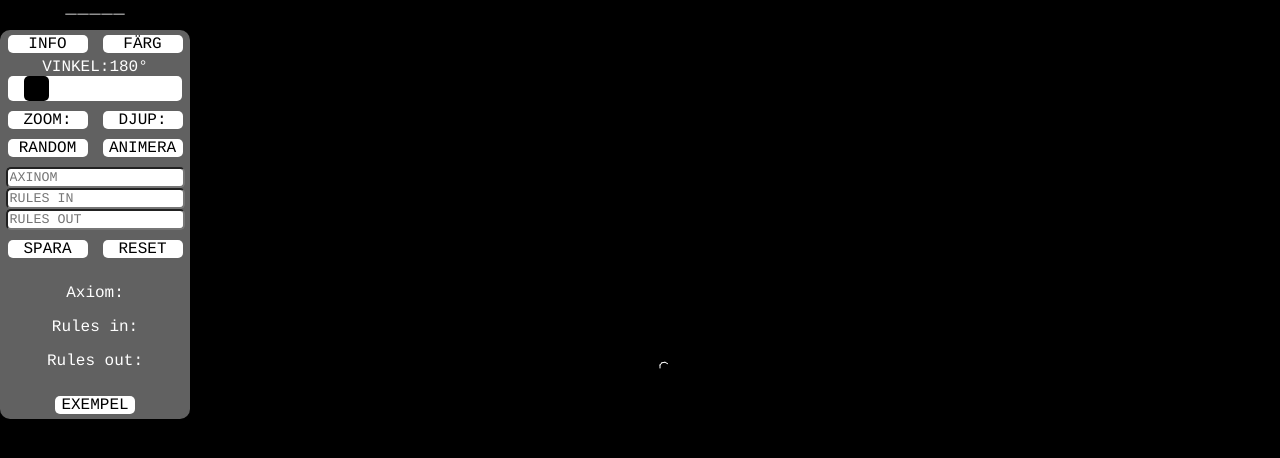
Repository: Gabrielw123/Fraktalgenerator
Page: fraktaler/test/index.html
The author's editor kept a copy of each file at every save. The page is drawn from the files as they stood at one save, then again after the next save.
The browser window is 1280 px wide. The pictures show the whole page.
Some web libraries are served in a nearby version.

Above is the page before, as saved 2022-01-13 13:47:53.

### fraktaler/test/index.html
<!DOCTYPE html>
<html lang="en">
  <head>
    <meta charset="UTF-8" />
    <meta http-equiv="X-UA-Compatible" content="IE=edge" />
    <meta name="viewport" content="width=device-width, initial-scale=1.0" />
    <link rel="stylesheet" href="style.css" />
    <title>Fraktal Generator</title>
    <script src="https://cdn.jsdelivr.net/npm/p5@1.0.0/lib/p5.js"></script>
    <!--fading-->
    <script
      src="http://ajax.googleapis.com/ajax/libs/jquery/1.7.1/jquery.min.js"
      type="text/javascript"
    ></script>
  </head>
  <body>
    <!--Skapa en canvas-->
    <canvas id="canvas"></canvas>

    <div class="kontroller">
      <div
        style="background: black"
        onmousedown="return false"
        onselectstart="return false"
        class="grid-container1"
      >
        <div class="grid-item">
          <a class="knappgöm" id="gömknapp" onClick="action();">⏤⏤⏤⏤⏤</a>
        </div>
      </div>

      <div
        style="border-top-left-radius: 10px; border-top-right-radius: 10px"
        onmousedown="return false"
        onselectstart="return false"
        class="grid-container"
        id="göm1"
      >
        <div class="grid-item">
          <a class="knapp" id="infoknapp">INFO</a>
        </div>
        <div class="grid-item">
          <a class="knapp" id="colorknapp" onclick="color();">FÄRG</a>
        </div>
      </div>
      <!--slider vinkel-->
      <div class="slider-container" id="göm2">
        <a onmousedown="return false" onselectstart="return false"
          >VINKEL:<span id="vinkel-out"></span>&deg;</a
        >
        <input type="range" min="0" max="360" class="slider" id="vinkel" />
      </div>

      <div
        onmousedown="return false"
        onselectstart="return false"
        class="grid-container"
        id="göm3"
      >
        <div class="grid-item">
          <a class="knapp" id="längdknapp">ZOOM:<span id="segment_n"></span></a>
        </div>
        <div class="grid-item">
          <a class="knapp" id="djupknapp"
            >DJUP:<span id="generation-out"></span
          ></a>
        </div>

        <div class="grid-item">
          <a class="knapp" id="randomknapp" onclick="random();">RANDOM</a>
        </div>
        <div class="grid-item">
          <a class="knapp" id="animeraknapp" onclick="animera();">ANIMERA</a>
        </div>
      </div>

      <div class="grid-container1" id="göm4">
        <div class="grid-item">
          <input
            style="font-family: courier"
            class="input"
            type="text"
            placeholder="AXINOM"
            id="axiom"
          />
          <input
            style="font-family: courier"
            class="input"
            type="text"
            placeholder="RULES IN"
            id="rules1"
          />
          <input
            style="font-family: courier"
            class="input"
            type="text"
            placeholder="RULES OUT"
            id="rules2"
          />
        </div>
      </div>
      <div
        onmousedown="return false"
        onselectstart="return false"
        class="grid-container"
        id="göm5"
      >
        <div class="grid-item">
          <a class="knapp" id="btn">SPARA</a>
        </div>
        <div class="grid-item">
          <a class="knapp" id="resetknapp" onclick="reset();">RESET</a>
        </div>
      </div>
      <div
        style="
          border-bottom-left-radius: 10px;
          border-bottom-right-radius: 10px;
        "
        class="grid-container1"
        id="göm6"
      >
        <div class="grid-item">
          <p>Axiom:<span id="axiom-out"></span></p>
          <p>Rules in:<span id="rules1-out"></span></p>
          <p>Rules out:<span id="rules2-out"></span></p>
          <p></p>
        </div>
        <div class="grid-item">
          <a
            onmousedown="return false"
            onselectstart="return false"
            class="knapp"
            id="exempelknapp"
            onclick="example();"
            >EXEMPEL</a
          >
        </div>
      </div>

      <!--EXEMPEL-->

      <div
        style="border-radius: 10px"
        onmousedown="return false"
        onselectstart="return false"
        class="grid-container"
        id="göm7"
      >
        <div class="grid-item">
          <a class="knappex" id="Board">Board</a>
        </div>
        <div class="grid-item">
          <a class="knappex" id="Crystal">Crystal</a>
        </div>
        <div class="grid-item">
          <a class="knappex" id="Dragon Curve">Dragon Curve</a>
        </div>
        <div class="grid-item">
          <a class="knappex" id="Hexagonal Gosper">Hexagonal Gosper</a>
        </div>
        <div class="grid-item">
          <a class="knappex" id="Kochcurve">Koch curve</a>
        </div>
        <div class="grid-item">
          <a class="knappex" id="Krishna Anklets">Krishna Anklets</a>
        </div>
        <div class="grid-item">
          <a class="knappex" id="Lévy curve">Lévy curve</a>
        </div>
        <div class="grid-item">
          <a class="knappex" id="L-System Bushes 1">L-System Bushes 1</a>
        </div>
        <div class="grid-item">
          <a class="knappex" id="L-System Bushes 2">L-System Bushes 2</a>
        </div>
        <div class="grid-item">
          <a class="knappex" id="Peano Curve">Peano Curve</a>
        </div>
        <div class="grid-item">
          <a class="knappex" id="Quadratic Snowflake">Quadratic Snowflake </a>
        </div>
        <div class="grid-item">
          <a class="knappex" id="Rings">Rings</a>
        </div>
        <div class="grid-item">
          <a class="knappex" id="Sierpinski Arrowhead">Sierpinski Arrowhead</a>
        </div>
        <div class="grid-item">
          <a class="knappex" id="Sierpinskisquare">Sierpinski Square</a>
        </div>
        <div class="grid-item">
          <a class="knappex" id="Snowflake">Snowflake</a>
        </div>
        <div class="grid-item">
          <a class="knappex" id="Tiles">Tiles</a>
        </div>
        <div class="grid-item">
          <a class="knappex" id="Triangle">Triangle</a>
        </div>
        <div class="grid-item">
          <a class="knappex" id="Von Koch Snowflake">Von Koch Snowflake</a>
        </div>
      </div>
    </div>
    <!--Script-->
    <script src="bruh.js">
      example();
            fraktal.update();
    </script>
  </body>
</html>

### fraktaler/test/style.css
body {
  font-family: "courier", monospace;
  background-color: black;
  color: white;
  text-align: center;
}

.input {
  width: 90%;
  border-radius: 5px;
  color: black;
  background: white;
}
.input:hover {
  background: black;
  color: white;
}

.kontroller {
  width: 190px;
  height: 180px;
  margin: auto;
  position: fixed;
  top: 0%;
  left: 0%;
  right: 100%;
}
.grid-container {
  background: rgba(97, 97, 97, 1);
  display: grid;
  grid-template-columns: auto auto;
}

.grid-container1 {
  background: rgba(97, 97, 97, 1);
  display: grid;
  grid-template-columns: auto;
}
.grid-item {
  text-align: center;
  margin: auto;
  padding-top: 5px;
  padding-bottom: 5px;
}
.grid-item1 {
  text-align: center;
  margin: auto;
  padding-top: 5px;
  padding-bottom: 5px;
  width: 300px;
}
#axiom-out {
  text-align: left;
}
.slider-container {
  background: rgba(97, 97, 97, 1);
  display: grid;
  grid-template-columns: auto;
  width: 100%;
  margin: auto;
  padding-bottom: 5px;
}
.slider {
  -webkit-appearance: none;
  width: 92%;
  height: 25px;
  background: white;
  outline: none;
  margin: auto;
  -webkit-transition: 1s;
  transition: opacity 0.2s;
  border-radius: 5px;
}

.slider:hover {
  background: black;
  color: white;
}

.slider::-webkit-slider-thumb {
  -webkit-appearance: none;
  appearance: none;
  width: 25px;
  height: 25px;
  background: black;
  cursor: pointer;
  border-radius: 5px;
}

.slider::-moz-range-thumb {
  width: 25px;
  height: 25px;
  background: #ff00ff;
  cursor: pointer;
}

a.knapp {
  display: block;
  background: white;
  color: black;
  width: 80px;
  cursor: pointer;
  border-radius: 5px;
}
a.knapp:hover {
  background: black;
  border-radius: 5px;
  color: white;
}

#canvas {
  position: fixed;
  top: 0px;
  left: 0px;
  z-index: -1;
}

a.knappon {
  display: block;
  width: 80px;
  background: black;
  color: white;
  cursor: pointer;
  border-radius: 5px;
}
a.knappex {
  background: white;
  color: black;
  text-align: center;
  cursor: pointer;
  font-size: 13px;
  width: 85px;
  height: 35px;
  display: table-cell;
  vertical-align: middle;
  border-radius: 5px;
}
a.knappex:hover {
  background: black;
  border-radius: 5px;
  color: white;
}
.span {
  width: 500px;
}
.knappgöm {
  display: block;
  background: black;
  color: white;
  width: 85px;
  height: 20px;
  cursor: pointer;
  font-size: 15px;
  border-radius: 5px;
}
a.knappgöm:hover {
  background: white;
  border-radius: 5px;
  color: black;
}

### fraktaler/test/bruh.js
/*

Den här fraktal generatorn använder sig av Lindenmayer systemet (https://en.wikipedia.org/wiki/L-system)

Källor för lite info
https://codesandbox.io/s/fraktal-generator-forked-g76j8?file=/sketch.js
https://en.wikipedia.org/wiki/L-system#Types_of_L-systems
http://paulbourke.net/fractals/lsys/
https://www.sidefx.com/docs/houdini/nodes/sop/lsystem.html
http://www1.biologie.uni-hamburg.de/b-online/e28_3/lsys.html
https://www.kevs3d.co.uk/dev/lsystems/
https://piratefsh.github.io/p5js-art/public/lsystems/

*/

//INFO button
fetch("README.txt")
  .then((response) => response.text())
  .then((text) => console.log(text));

var info = document.getElementById("infoknapp");
info.onclick = function () {
  confirm("to");
};

//hur snabbt den animerar
var animatespeed = 100;

//lite variablar
let genButton;
let resButton;
let guiText;
color_n = 0;
let generation = 0;
let maxGeneration = 5;
let length;
let angle;
//första load
let axiom = "F+F+F+F";
let rules = [
  {
    in: "F",
    out: "F+F-F-FF+F+F-F",
  },
];

//save button för egna input på fraktaler
const btn = document.getElementById("btn");

btn.addEventListener("click", function () {
  var axiom2 = document.getElementById("axiom").value;
  var rules1 = document.getElementById("rules1").value;
  var rules2 = document.getElementById("rules2").value;
  confirm(
    "Axiom: " + axiom2 + "\nRules in: " + rules1 + "\nRules out: " + rules2
  );
  axiom = axiom2;
  rules = [
    {
      in: rules1,
      out: rules2,
    },
  ];
});

//animera ikonen på hemsidan
var favicon_images = [
    "bilderhem/tmp-0.gif",
    "bilderhem/tmp-1.gif",
    "bilderhem/tmp-2.gif",
    "bilderhem/tmp-3.gif",
    "bilderhem/tmp-4.gif",
    "bilderhem/tmp-5.gif",
  ],
  image_counter = 0;

setInterval(function () {
  if (document.querySelector("link[rel='icon']") !== null)
    document.querySelector("link[rel='icon']").remove();
  if (document.querySelector("link[rel='shortcut icon']") !== null)
    document.querySelector("link[rel='shortcut icon']").remove();
  document
    .querySelector("head")
    .insertAdjacentHTML(
      "beforeend",
      '<link rel="icon" href="' +
        favicon_images[image_counter] +
        '" type="image/gif">'
    );
  if (image_counter == favicon_images.length - 1) image_counter = 0;
  else image_counter++;
}, 200);

//göm UI
var hidden = false;
function action() {
  hidden = !hidden;
  if (hidden) {
    document.getElementById("göm1").style.visibility = "hidden";
    document.getElementById("göm2").style.visibility = "hidden";
    document.getElementById("göm3").style.visibility = "hidden";
    document.getElementById("göm4").style.visibility = "hidden";
    document.getElementById("göm5").style.visibility = "hidden";
    document.getElementById("göm6").style.visibility = "hidden";
    if (document.getElementById("göm7").style.visibility === "visible") {
      document.getElementById("göm7").style.visibility = "hidden";
    }
  } else {
    document.getElementById("göm1").style.visibility = "visible";
    document.getElementById("göm2").style.visibility = "visible";
    document.getElementById("göm3").style.visibility = "visible";
    document.getElementById("göm4").style.visibility = "visible";
    document.getElementById("göm5").style.visibility = "visible";
    document.getElementById("göm6").style.visibility = "visible";
    document.getElementById("göm7").style.visibility = "visible";
  }
}
//göm från början
document.getElementById("göm7").style.visibility = "hidden";
var hidden1 = true;
function example() {
  hidden1 = !hidden1;
  if (hidden1) {
    document.getElementById("göm7").style.visibility = "hidden";
  } else {
    document.getElementById("göm7").style.visibility = "visible";
  }
}

let sentence = axiom;

//start funktion
function setup() {
  createCanvas(windowWidth - 40, windowHeight - 25);
  angle = radians(vinkel.value);
  length = segment_n * 3;
  turtle();
  drawGUI();
}

//color problem
var r = 255,
  g = 0,
  b = 0;

setInterval(function () {
  if (r > 0 && b == 0) {
    r--;
    g++;
  }
  if (g > 0 && r == 0) {
    g--;
    b++;
  }
  if (b > 0 && g == 0) {
    r++;
    b--;
  }
  $("#color").text("rgb(" + r + "," + g + "," + b + ")");
  $("#color").css("color", "rgb(" + r + "," + g + "," + b + ")");
  turtle();
  console.log("df");
}, 10);

function generate() {
  length = segment_n * 3;

  let nextSentence = "";

  for (let i = 0; i < sentence.length; i++) {
    let found = false;
    let currentChar = sentence.charAt(i);

    for (let j = 0; j < rules.length; j++) {
      if (currentChar === rules[j].in) {
        found = true;
        nextSentence += rules[j].out;
        break;
      }
    }
    if (!found) {
      nextSentence += currentChar;
    }
  }
  sentence = nextSentence;
  turtle();
}
function turtle() {
  resetMatrix();
  background(0);
  //color
  if (color_n === 0) {
    stroke(255); //white
  }
  if (color_n === 1) {
    stroke(0, 0, 255); //blue
  }
  if (color_n === 2) {
    stroke(0, 128, 0); //green
  }
  if (color_n === 3) {
    stroke(255, 0, 0); //red
  }
  if (color_n === 4) {
    stroke(255, 165, 0); //orange
  }
  if (color_n === 5) {
    stroke(r, g, b); //rgb flera färger
  }
  translate(window.innerWidth / 2, window.innerHeight / 2);

  for (let i = 0; i <= sentence.length; i++) {
    let currentChar = sentence.charAt(i);

    if (currentChar === "F") {
      line(0, 0, 0, -length);
      translate(0, -length);
    } else if (currentChar === "+") {
      rotate(angle);
    } else if (currentChar === "-") {
      rotate(-angle);
    } else if (currentChar === "[") {
      push();
    } else if (currentChar === "]") {
      pop();
    }
  }
}

var djupknapp = document.getElementById("djupknapp");
djupknapp.onclick = function () {
  if (generation < maxGeneration) {
    generate();
  }
  generation++;
  if (generation > 5) {
    generation = 1;
    sentence = axiom;
    generate();
  }
  var generationout = document.getElementById("generation-out");
  generationout.innerHTML = generation;
  var axiomout = document.getElementById("axiom-out");
  axiomout.innerHTML = axiom;
  var rules1out = document.getElementById("rules1-out");
  rules1out.innerHTML = rules[0].in;
  var rules2out = document.getElementById("rules2-out");
  rules2out.innerHTML = rules[0].out;
};

//skriver ut värden och saker på skärmer för användaren
function drawGUI() {
  genButton = createButton("DJUP");
  genButton.size(85, 20);
  genButton.position(-200, 260);
  genButton.mousePressed(function () {
    if (generation < maxGeneration) {
      generate();
    }
    generation++;
    if (generation > 5) {
      generation = 1;
      sentence = axiom;
      generate();
    }
    var generationout = document.getElementById("generation-out");
    generationout.innerHTML = generation;
    var axiomout = document.getElementById("axiom-out");
    axiomout.innerHTML = axiom;
    var rules1out = document.getElementById("rules1-out");
    rules1out.innerHTML = rules[0].in;
    var rules2out = document.getElementById("rules2-out");
    rules2out.innerHTML = rules[0].out;
  });
}

//!Exemepel knappar

//Andra rad
animera_n = 0;

var c1 = 0;
var t;
var timer_is_on = 0;

//Random funktion
function getRandomInt(min, max) {
  min = Math.ceil(min);
  max = Math.floor(max);
  return Math.floor(Math.random() * (max - min) + min); //The maximum is exclusive and the minimum is inclusive
}

var fraktal = (function () {
  //js funktion
  const c = document.getElementById("canvas");
  var ctx = c.getContext("2d");

  //får bredden och höjden av hemsidan du har på din enhet
  c.width = window.innerWidth;
  c.height = window.innerHeight;
  ctx.strokeStyle = "black";
  ctx.lineWidth = 2;

  //!SLIDERS
  var vinkel = document.getElementById("vinkel");
  var vinkelout = document.getElementById("vinkel-out");
  vinkelout.innerHTML = vinkel.value;

  //gör saker med vinkel
  vinkel.oninput = function () {
    vinkelout.innerHTML = this.value;
    update();
  };

  //SEGMENT
  var segment = document.getElementById("längdknapp");
  segment.onclick = function () {
    segment_n++;
    if (segment_n === 6) {
      segment_n = 1;
    }
    document.getElementById("segment_n").innerHTML = segment_n;
    update();
  };
  //!RESET
  var reset = document.getElementById("resetknapp");
  reset.onclick = function () {
    sentence = axiom;
    turtle();
    vinkel.value = 90;
    segment_n = 3;
    generation = 2;
    axiom = "F+F+F+F";
    rules = [
      {
        in: "F",
        out: "F+F-F-FF+F+F-F",
      },
    ];
    //stönga av animera
    clearTimeout(t);
    animera.className = "knapp";
    c1 = 0;
    animera_n = 0;
    //update this
    update();
  };

  //!RANDOM
  var random = document.getElementById("randomknapp");
  random.onclick = function () {
    vinkel.value = getRandomInt(0, 361);
    vinkelout.innerHTML = vinkel.value;
    update();
  };

  //!ANIMERA

  var animera = document.getElementById("animeraknapp");
  animera.onclick = function () {
    animera_n++;
    if (animera_n === 1) {
      timedCount();
      animera.className = "knappon";
    }
    if (animera_n === 2) {
      clearTimeout(t);
      animera.className = "knapp";
      c1 = 0;
      animera_n = 0;
    }
  };
  //!COLOR

  var color = document.getElementById("colorknapp");
  color.onclick = function () {
    color_n++;
    if (color_n === 6) {
      color_n = 0;
    }
    update();
  };

  timedCount = function () {
    var v = parseInt(vinkel.value);
    v = v + 1;

    if (v === 361) {
      v = 0;
    }
    //updatera UI
    vinkel.value = v;
    vinkelout.innerHTML = vinkel.value;
    //vänta
    t = setTimeout(timedCount, animatespeed);
    update();
  };

  //!Uppdatera allt/////////////////////////////
  var update = function () {
    //skriver ut de nya väderna
    setup();
    //Updaterar sliders och bilder/knappar
    vinkelout.innerHTML = vinkel.value;
    document.getElementById("segment_n").innerHTML = segment_n;
    var generationout = document.getElementById("generation-out");
    generationout.innerHTML = generation;

    var axiomout = document.getElementById("axiom-out");
    axiomout.innerHTML = axiom;
    var rules1out = document.getElementById("rules1-out");
    rules1out.innerHTML = rules[0].in;
    var rules2out = document.getElementById("rules2-out");
    rules2out.innerHTML = rules[0].out;
    //sparar hashen för hemsidan
    save();
  };

  //!SAVE OCH LOAD
  var save = function () {
    var ruleid =
      "#" +
      vinkel.value +
      "," +
      segment_n +
      "," +
      generation +
      "," +
      axiom +
      "," +
      rules[0].in +
      "," +
      rules[0].out;
    window.location = String(window.location).replace(/\#.*$/, "") + ruleid;
  };

  var load = function () {
    let d = window.location.toString();
    if (d.includes("#")) {
      const myArr = d.split("#");

      const test = myArr[1].split(",");
      //Sliders
      vinkel.value = test[0];
      //Knappar
      segment_n = test[1];
      generation = test[2];
      axiom = test[3];
      rules[0].in = test[4];
      rules[0].out = test[5];

      if (
        vinkel.value == undefined ||
        segment_n === undefined ||
        generation === undefined ||
        axiom === undefined ||
        rules[0].in === undefined ||
        rules[0].out === undefined
      ) {
        //Sliders
        vinkel.value = 40;
        //Knappar
        segment_n = 1;
        generation = 1;
        axiom = "F";
        rules[0].in = "F";
        rules[0].out = "F+F";
      }
    } else {
      //Sliders
      vinkel.value = 40;
      //Knappar
      segment_n = 1;
      //Knappar
      generation = 1;
      axiom = "F";
      rules[0].in = "F";
      rules[0].out = "F+F";
    }
    save();
  };
  //!START
  load();

  //!EXEMPEL
  //Exemplerna är ifrån http://paulbourke.net/fractals/lsys/
  //save button för egna input på fraktaler
  const Kochcurve = document.getElementById("Kochcurve");
  Kochcurve.addEventListener("click", function () {
    axiom = "F+F+F+F";
    rules = [
      {
        in: "F",
        out: "F+F-F-FF+F+F-F",
      },
    ];
    vinkel.value = 90;
    segment_n = 3;
    generation = 5;
    update();
  });

  const Sierpinskisquare = document.getElementById("Sierpinskisquare");
  Sierpinskisquare.addEventListener("click", function () {
    axiom = "F+XF+F+XF";
    rules = [
      {
        in: "X",
        out: "XF-F+F-XF+F+XF-F+F-X",
      },
    ];
    vinkel.value = 90;
    segment_n = 3;
    generation = 5;
    update();
  });

  const LSystemBushes1 = document.getElementById("L-System Bushes 1");
  LSystemBushes1.addEventListener("click", function () {
    axiom = "F";
    rules = [
      {
        in: "F",
        out: "FF+[+F-F-F]-[-F+F+F]",
      },
    ];
    vinkel.value = 22.5;
    segment_n = 1;
    generation = 5;
    update();
  });

  const LSystemBushes2 = document.getElementById("L-System Bushes 2");
  LSystemBushes2.addEventListener("click", function () {
    axiom = "F";
    rules = [
      {
        in: "F",
        out: "F[+FF][-FF]F[-F][+F]F",
      },
    ];
    vinkel.value = 35;
    segment_n = 1;
    generation = 5;
    update();
  });

  const Board = document.getElementById("Board");
  Board.addEventListener("click", function () {
    axiom = "F+F+F+F";
    rules = [
      {
        in: "F",
        out: "FF+F+F+F+FF",
      },
    ];
    vinkel.value = 90;
    segment_n = 1;
    generation = 5;
    update();
  });

  const Triangle = document.getElementById("Triangle");
  Triangle.addEventListener("click", function () {
    axiom = "F+F+F";
    rules = [
      {
        in: "F",
        out: "F-F+F",
      },
    ];
    vinkel.value = 120;
    segment_n = 1;
    generation = 5;
    update();
  });
  const Crystal = document.getElementById("Crystal");
  Crystal.addEventListener("click", function () {
    axiom = "F+F+F+F";
    rules = [
      {
        in: "F",
        out: "FF+F++F+F",
      },
    ];
    vinkel.value = 90;
    segment_n = 1;
    generation = 5;
    update();
  });
  const VonKochSnowflake = document.getElementById("Von Koch Snowflake");
  VonKochSnowflake.addEventListener("click", function () {
    axiom = "F++F++F";
    rules = [
      {
        in: "F",
        out: "F-F++F-F",
      },
    ];
    vinkel.value = 60;
    segment_n = 1;
    generation = 5;
    update();
  });
  const Tiles = document.getElementById("Tiles");
  Tiles.addEventListener("click", function () {
    axiom = "F+F+F+F";
    rules = [
      {
        in: "F",
        out: "FF+F-F+F+FF",
      },
    ];
    vinkel.value = 90;
    segment_n = 1;
    generation = 5;
    update();
  });

  const Rings = document.getElementById("Rings");
  Rings.addEventListener("click", function () {
    axiom = "F+F+F+F";
    rules = [
      {
        in: "F",
        out: "FF+F+F+F+F+F-F",
      },
    ];
    vinkel.value = 90;
    segment_n = 1;
    generation = 5;
    update();
  });
  const Lévycurve = document.getElementById("Lévy curve");
  Lévycurve.addEventListener("click", function () {
    axiom = "F";
    rules = [
      {
        in: "F",
        out: "+F--F+",
      },
    ];
    vinkel.value = 45;
    segment_n = 1;
    generation = 5;
    update();
  });
  const HexagonalGosper = document.getElementById("Hexagonal Gosper");
  HexagonalGosper.addEventListener("click", function () {
    axiom = "XF";
    rules = [
      {
        in: "X",
        out: "X+YF++YF-FX--FXFX-YF+",
      },
      {
        in: "Y",
        out: "-FX+YFYF++YF+FX--FX-Y",
      },
    ];
    vinkel.value = 60;
    segment_n = 1;
    generation = 5;
    update();
  });
  const DragonCurve = document.getElementById("Dragon Curve");
  DragonCurve.addEventListener("click", function () {
    axiom = "FX";
    rules = [
      {
        in: "X",
        out: "X+YF+",
      },
      {
        in: "Y",
        out: "-FX-Y",
      },
    ];
    vinkel.value = 90;
    segment_n = 1;
    generation = 5;
    update();
  });
  const SierpinskiArrowhead = document.getElementById("Sierpinski Arrowhead");
  SierpinskiArrowhead.addEventListener("click", function () {
    axiom = "YF";
    rules = [
      {
        in: "X",
        out: "YF+XF+Y",
      },
      {
        in: "Y",
        out: "XF-YF-X",
      },
    ];
    vinkel.value = 60;
    segment_n = 1;
    generation = 5;
    update();
  });
  const QuadraticSnowflake = document.getElementById("Quadratic Snowflake");
  QuadraticSnowflake.addEventListener("click", function () {
    axiom = "F";
    rules = [
      {
        in: "F",
        out: "F-F+F+F-F",
      },
    ];
    vinkel.value = 90;
    segment_n = 1;
    generation = 5;
    update();
  });
  const PeanoCurve = document.getElementById("Peano Curve");
  PeanoCurve.addEventListener("click", function () {
    axiom = "X";
    rules = [
      {
        in: "X",
        out: "XFYFX+F+YFXFY-F-XFYFX",
      },
      {
        in: "Y",
        out: "YFXFY-F-XFYFX+F+YFXFY",
      },
    ];
    vinkel.value = 90;
    segment_n = 1;
    generation = 5;
    update();
  });
  const snowflake = document.getElementById("Snowflake");
  snowflake.addEventListener("click", function () {
    axiom = "F-F-F-F-F";
    rules = [
      {
        in: "F",
        out: "F-F++F+F-F-F",
      },
    ];
    vinkel.value = 72;
    segment_n = 1;
    generation = 5;
    update();
  });
  const KrishnaAnklets = document.getElementById("Krishna Anklets");
  KrishnaAnklets.addEventListener("click", function () {
    axiom = "-X--X";
    rules = [
      {
        in: "X",
        out: "XFX--XFX",
      },
    ];
    vinkel.value = 45;
    segment_n = 1;
    generation = 5;
    update();
  });
})();

After the next save:
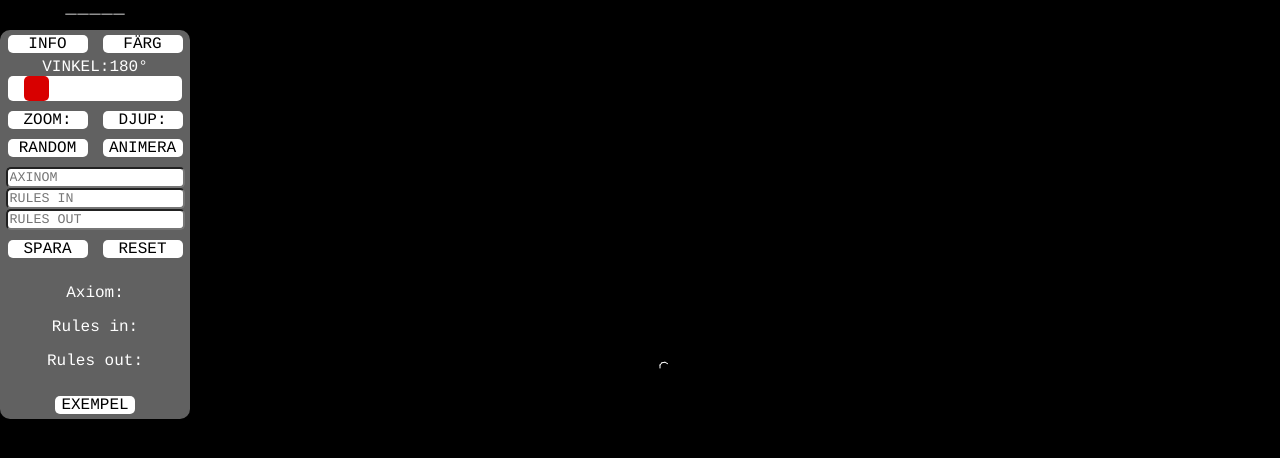
Saved 6 s later.
--- a/fraktaler/test/style.css
+++ b/fraktaler/test/style.css
@@ -82,7 +82,7 @@ body {
   appearance: none;
   width: 25px;
   height: 25px;
-  background: black;
+  background: rgb(216, 0, 0);
   cursor: pointer;
   border-radius: 5px;
 }
